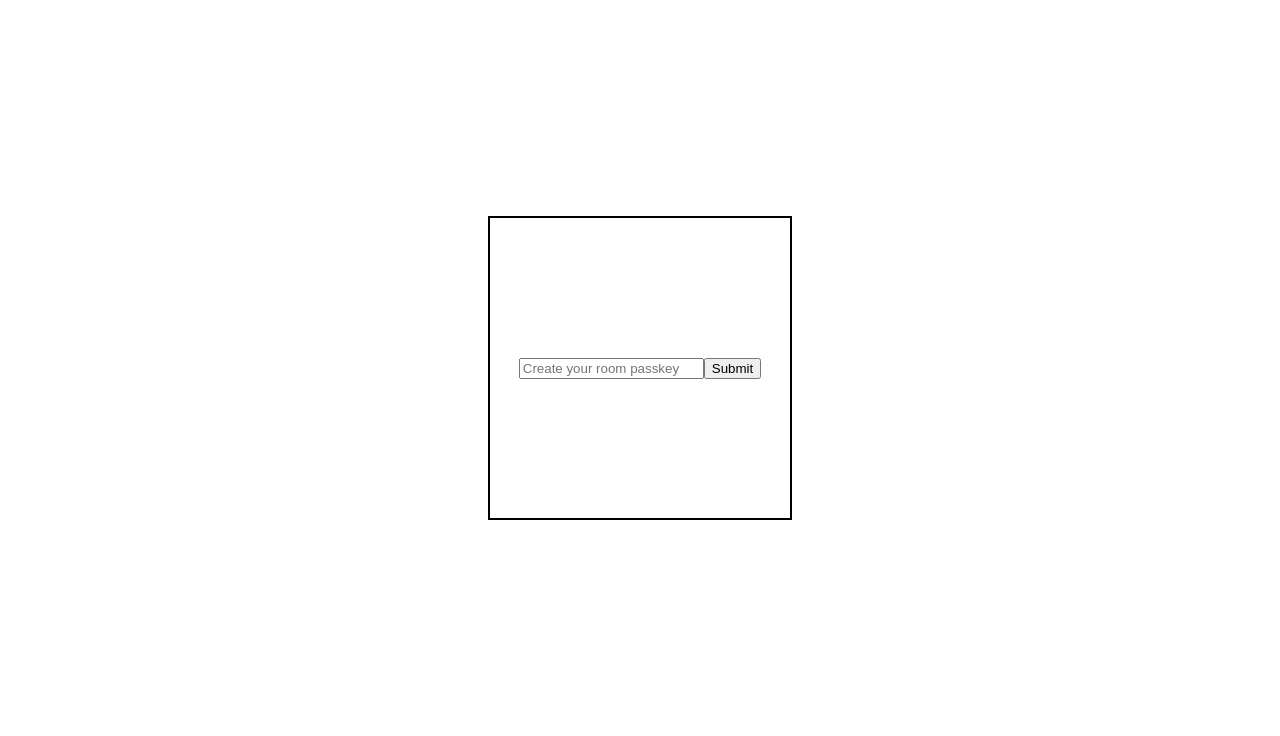
Repository: sarthak-tyagi123/fsd
Page: http://localhost/passkey
The author's editor kept a copy of each file at every save. The page is drawn from the files as they stood at one save, then again after a run of saves.
The browser window is 1280 px wide. The pictures show the whole page.
The page is served by the project's Node server (app.js).

Above is the page before, as saved 2025-04-30 14:53:07.

After the next 3 saves:
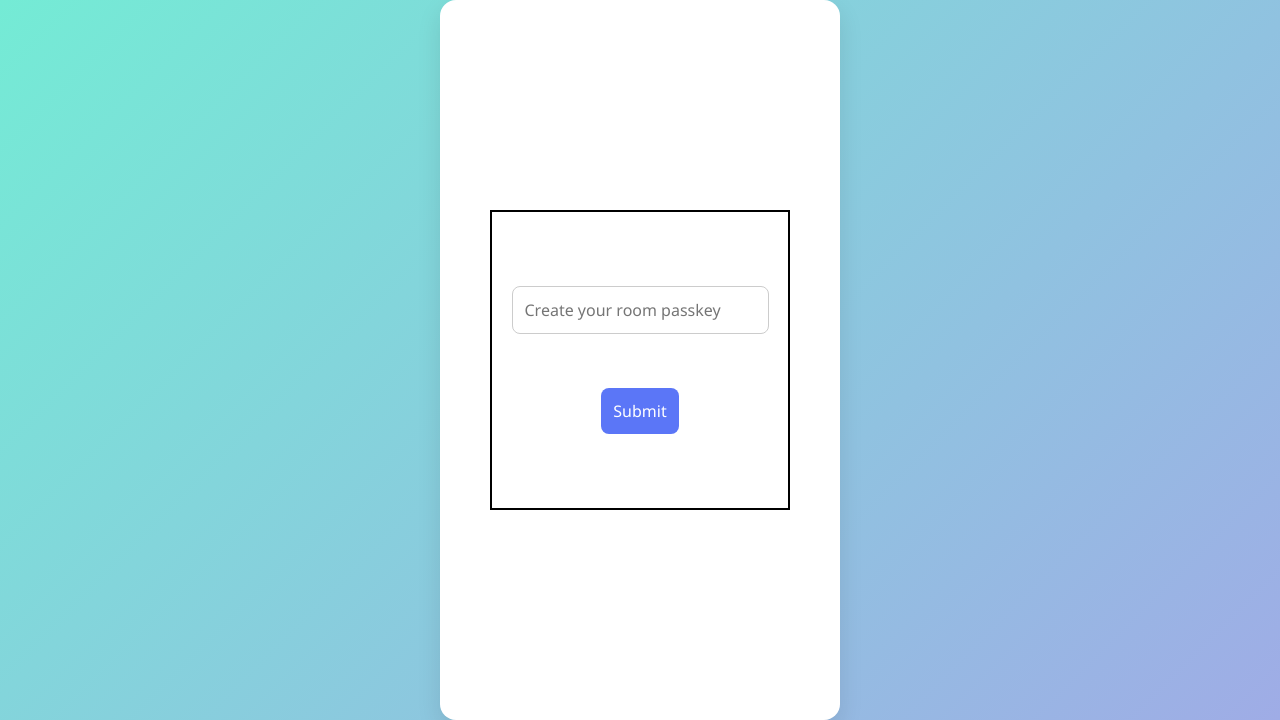
The 3 saves are shown as one change because they came seconds apart.
The last was saved 10 s later.
--- a/public/stylesheet/passkey.css
+++ b/public/stylesheet/passkey.css
@@ -14,3 +14,63 @@
     align-items: center;
 
 }
+
+
+    * {
+      box-sizing: border-box;
+      font-family: 'Segoe UI', Tahoma, Geneva, Verdana, sans-serif;
+    }
+
+    body {
+      margin: 0;
+      padding: 0;
+      background: linear-gradient(135deg, #74ebd5, #9face6);
+      display: flex;
+      align-items: center;
+      justify-content: center;
+      height: 100vh;
+    }
+
+    .main-div {
+      background-color: white;
+      padding: 2rem;
+      border-radius: 1rem;
+      box-shadow: 0 10px 25px rgba(0, 0, 0, 0.1);
+      width: 90%;
+      max-width: 400px;
+    }
+
+    .passkey {
+      display: flex;
+      flex-direction: column;
+      gap: 1rem;
+    }
+
+    .passkeybox {
+      padding: 0.75rem;
+      font-size: 1rem;
+      border-radius: 0.5rem;
+      border: 1px solid #ccc;
+      outline: none;
+      transition: 0.2s;
+    }
+
+    .passkeybox:focus {
+      border-color: #5b76f7;
+      box-shadow: 0 0 5px rgba(91, 118, 247, 0.5);
+    }
+
+    .submitbutton {
+      padding: 0.75rem;
+      font-size: 1rem;
+      background-color: #5b76f7;
+      color: white;
+      border: none;
+      border-radius: 0.5rem;
+      cursor: pointer;
+      transition: background-color 0.2s;
+    }
+
+    .submitbutton:hover {
+      background-color: #3f5ce0;
+    }

After the save that followed:
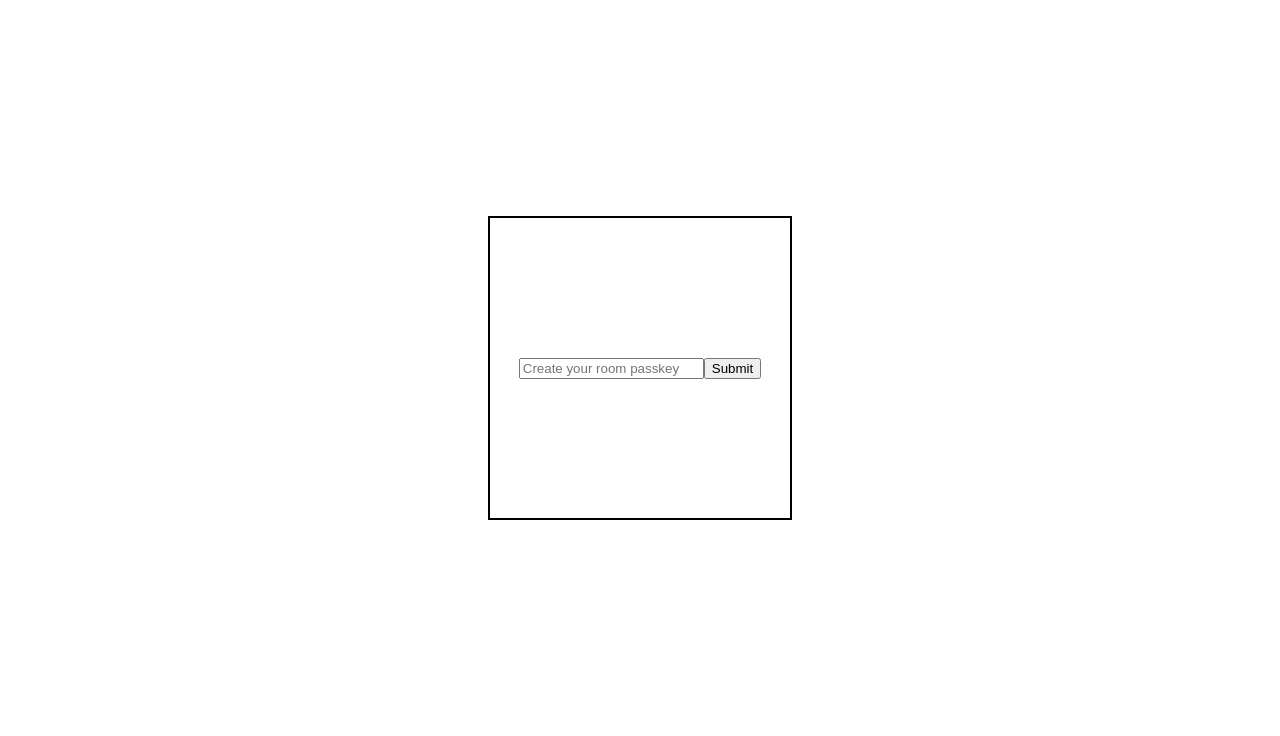
Saved 98 s later.
--- a/public/stylesheet/passkey.css
+++ b/public/stylesheet/passkey.css
@@ -14,63 +14,3 @@
     align-items: center;
 
 }
-
-
-    * {
-      box-sizing: border-box;
-      font-family: 'Segoe UI', Tahoma, Geneva, Verdana, sans-serif;
-    }
-
-    body {
-      margin: 0;
-      padding: 0;
-      background: linear-gradient(135deg, #74ebd5, #9face6);
-      display: flex;
-      align-items: center;
-      justify-content: center;
-      height: 100vh;
-    }
-
-    .main-div {
-      background-color: white;
-      padding: 2rem;
-      border-radius: 1rem;
-      box-shadow: 0 10px 25px rgba(0, 0, 0, 0.1);
-      width: 90%;
-      max-width: 400px;
-    }
-
-    .passkey {
-      display: flex;
-      flex-direction: column;
-      gap: 1rem;
-    }
-
-    .passkeybox {
-      padding: 0.75rem;
-      font-size: 1rem;
-      border-radius: 0.5rem;
-      border: 1px solid #ccc;
-      outline: none;
-      transition: 0.2s;
-    }
-
-    .passkeybox:focus {
-      border-color: #5b76f7;
-      box-shadow: 0 0 5px rgba(91, 118, 247, 0.5);
-    }
-
-    .submitbutton {
-      padding: 0.75rem;
-      font-size: 1rem;
-      background-color: #5b76f7;
-      color: white;
-      border: none;
-      border-radius: 0.5rem;
-      cursor: pointer;
-      transition: background-color 0.2s;
-    }
-
-    .submitbutton:hover {
-      background-color: #3f5ce0;
-    }
